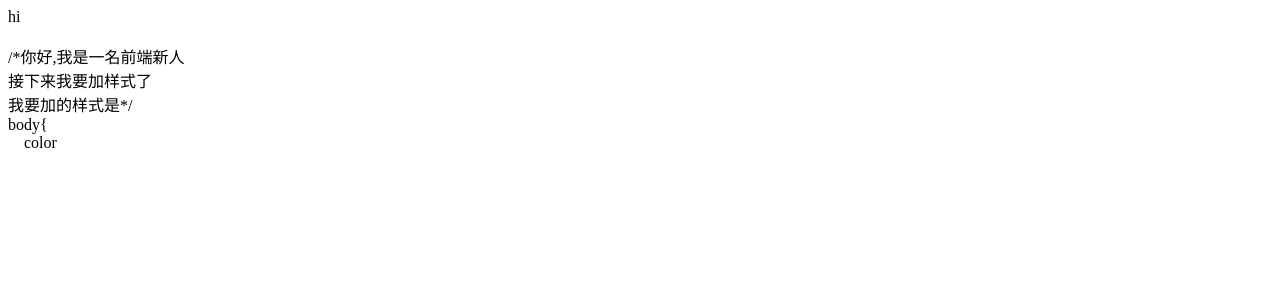
Repository: chenguocan/JS_cv
Page: index.html
An editor plug-in stored every save of this project. The page is shown before and after a run of saves, followed by the edit.
The browser window is 1280 px wide. The pictures show the whole page.

Above is the page before, as saved 2020-07-29 15:10:55.

After the next 3 saves:
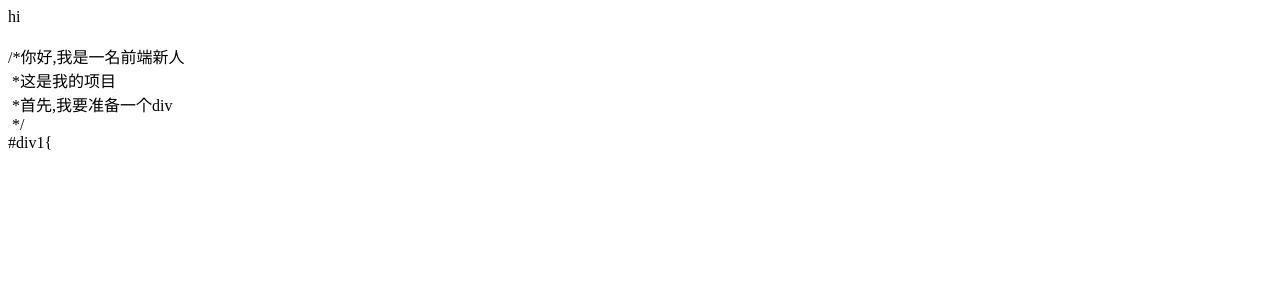
The 3 saves are shown as one change because they came seconds apart.
The last was saved 23 s later.
--- a/main.js
+++ b/main.js
@@ -4,11 +4,15 @@
 //添加注释,才不会影响CSS的样式。
 let string = `
 /*你好,我是一名前端新人
-接下来我要加样式了
-我要加的样式是*/
-body{
-    color:red;
+ *这是我的项目
+ *首先,我要准备一个div
+ */
+#div1{
+  border:1px solid red;
+  width:400px;
+  height:400px;
 }
+
 `;
 let string2 = "";
 // string = string.replace(/\n/g, "<br>"); //正则表达式表示所有回车。
